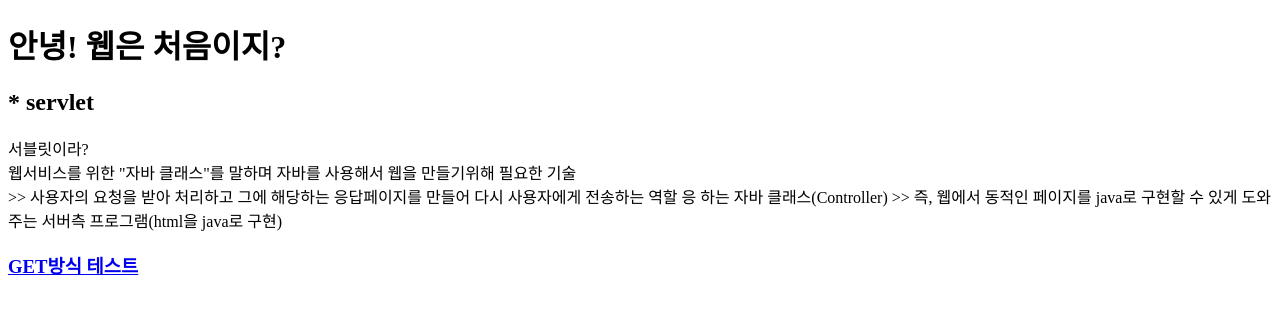
Repository: KimMJ0964/8file
Page: workspace/6_servlet/1_Servlet/src/main/webapp/test.html
These files come from the project's save history. The page is drawn as it stood at one moment and after the next save; the edit follows.
The browser window is 1280 px wide. The pictures show the whole page.

Above is the page before, as saved 2024-09-09 08:16:58.

### workspace/6_servlet/1_Servlet/src/main/webapp/test.html
<!DOCTYPE html>
<html>
<head>
<meta charset="UTF-8">
<title>Insert title here</title>
</head>
<body>
	<h1>안녕! 웹은 처음이지?</h1>

	<h2>* servlet</h2>

	<p>
		서블릿이라? <br>
		웹서비스를 위한 "자바 클래스"를 말하며 자바를 사용해서 웹을 만들기위해 필요한 기술<br>
			>> 사용자의 요청을 받아 처리하고 그에 해당하는 응답페이지를 만들어 다시 사용자에게 전송하는 역할
				응 하는 자바 클래스(Controller)
			>> 즉, 웹에서 동적인 페이지를 java로 구현할 수 있게 도와주는 서버측 프로그램(html을 java로 구현)
	</p>

	<h3><a href="views/requestTest_get.html">GET방식 테스트</a></h3>
</body>
</html>

After the next save:
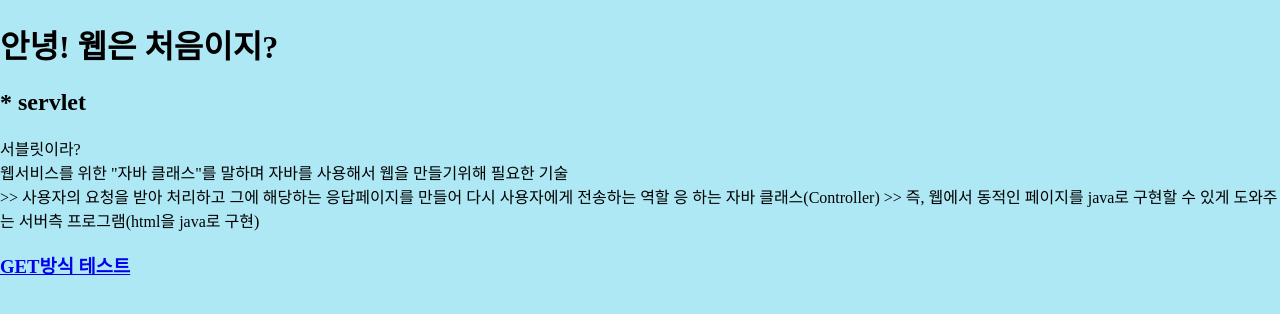
Saved 92 s later.
--- a/workspace/6_servlet/1_Servlet/src/main/webapp/test.html
+++ b/workspace/6_servlet/1_Servlet/src/main/webapp/test.html
@@ -3,6 +3,101 @@
 <head>
 <meta charset="UTF-8">
 <title>Insert title here</title>
+
+<style>
+        body {
+            margin: 0;
+            padding: 0;
+            background-color: #ADE8F4;
+        }
+        .wrap {
+            width: 1246px;
+            margin: auto;
+            border: 1px solid black;
+            border-radius: 20px;
+            background-color: white;
+            box-shadow: 1px 1px 1px 1px rgb(203, 203, 203)
+        }
+        #header, #footer, #aside {
+            height: 20%;
+        }
+        #header {
+            width: 1284px;
+            height: 91px;
+            background-color: white;
+            border-radius: 30px;
+            margin: 0 auto;
+            margin-top: 20px;
+            margin-bottom: 20px;
+            box-shadow: 1px 1px 1px 1px rgb(203, 203, 203)
+        }
+        .main_image {
+            position: relative;
+        }
+
+        .main_image_text {
+            position: absolute;
+            top: 30%;
+            left: 50%;
+            transform: translate(-50%, -50%);
+            color: white;
+            font-weight: 900;
+            text-shadow: -1px 0px black, 0px 1px black, 1px 0px black, 0px -1px black;
+        }
+
+        #search {
+            display: flex;
+            align-items: center;
+            gap: 10px; /* 간격 조정 */
+            margin-top: 10px;
+            position: absolute;
+            top: 80%;
+            left: 55%;
+            transform: translate( -30%, -50% );
+            text-align: center;
+            width: 100%;
+        }
+
+        #searchKeyword {
+            background-color: rgb(231, 231, 231);
+            border-radius: 40px;
+            border-style: none;
+            width: 40%;
+            height: 35px;
+            text-align: center;
+        }
+
+        .btn {
+            background-color: rgb(179, 179, 179);
+            border-radius: 40px;
+            border-style: none;
+            height: 35px;
+            text-align: center;
+        }
+
+        .createBtn {
+            float: right;
+            border-radius: 10px;
+            border-style: none;
+            background-color: rgb(177, 192, 255);
+            width: 90px;
+            height: 35px;
+            font-weight: 600;
+            color: white;
+        }
+
+        .createBtn:hover {
+            background-color: rgb(147, 169, 255);
+        }
+
+        .table {
+            text-align: center;
+        }
+
+        th {
+            background-color: #9fd7ff; /* 연한 파랑색 */
+        }
+    </style>
 </head>
 <body>
 	<h1>안녕! 웹은 처음이지?</h1>
